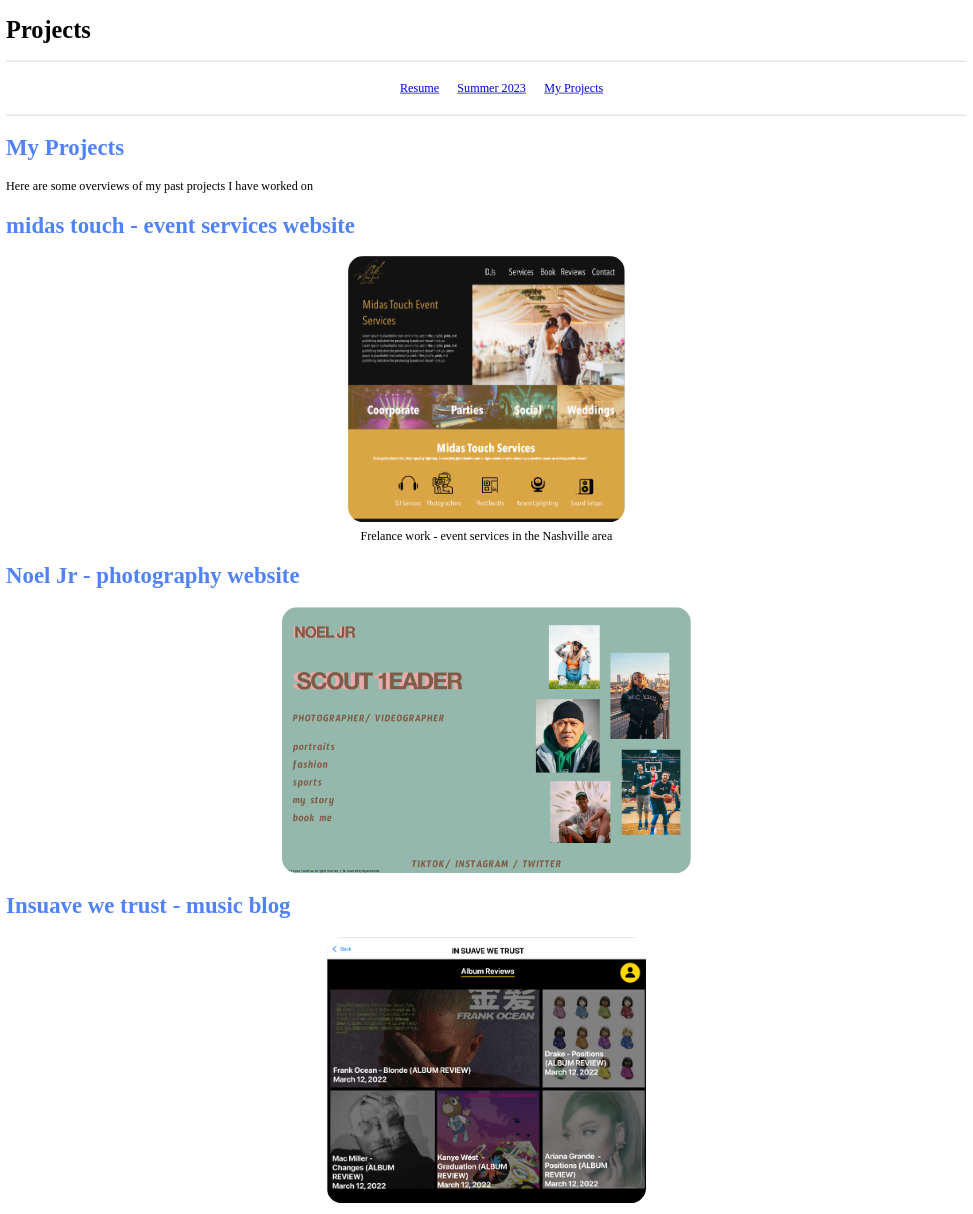
Repository: kayacancode/itm361project1
Page: projects.html
An editor plug-in stored every save of this project. The page is shown before and after the next save, followed by the edit.
The browser window is 1280 px wide. The pictures show the whole page, at 76% of full size.
Some web fonts or font styles are not loaded; a fallback is used.

Above is the page before, as saved 2023-03-04 14:42:09.

### projects.html
<!DOCTYPE html>
<html lang="en">
  <head>
    <meta charset="UTF-8" />
    <meta http-equiv="X-UA-Compatible" content="IE=edge" />
    <meta name="viewport" content="width=device-width, initial-scale=1.0" />
    <title>My Projects</title>
    <link rel="stylesheet" href="css/style.css" />

  </head>
  <header>
    <h1>Projects</h1>

    <nav>
      <ul>
        <li><a href="index.html">Resume</a></li>
        <li><a href="summer2023.html">Summer 2023</a></li>
        <li><a href="projects.html">My Projects</a></li>
      </ul>
    </nav>
  </header>

  <h2>My Projects</h2>
  <p>Here are some overviews of my past projects I have worked on</p>
 <div class="websites">
  <section>
  <h2>midas touch - event services website</h2>
  <figure>
  <img
    src="images/midastouchevent.png"
    alt="event services "

  />
  <figcaption> Frelance work -  event services in the Nashville area</figcaption>

</figure>
</section>
<section>
  <h2>Noel Jr - photography website</h2>
  <img src="images/noeljr.png" alt="photography"  />
  <h2>Insuave we trust - music blog</h2>
  <img src="images/insuave.png" alt="music blog"  />
</section>
</div>
</html>

### css/style.css
@import url("https://fonts.googleapis.com/css2?family=Tilt+Warp&display=swap");
@import url('https://fonts.googleapis.com/css2?family=Tilt+Warp&display=swap');


nav{
    border:1px solid #ccc;
    border-width:1px 0;
    list-style:none;
    margin:0;
    padding:0;
    text-align:center;
}
nav li{
    display:inline;
}
nav a{
    display:inline-block;
    padding:10px;
}

h1,h2,h3,p{
    font-family: "Tilt Warp", cursive;

}
h2{
    font-size: 30px;
    font-family: "Tilt Warp", cursive;
    color:#5082FA;
}

.websites img{
    display: block;
    margin-left: auto;
    margin-right: auto;
    max-width: 50%;
    height: 350px;
    border-radius: 20px;
}

.trips img{
    max-width: 50%;
    height: 350px;
    border-radius: 20px;
    margin-left: auto;
    margin-right: auto;
}

figcaption{
    text-align: center;
    padding-top: 10px;
}

After the next save:
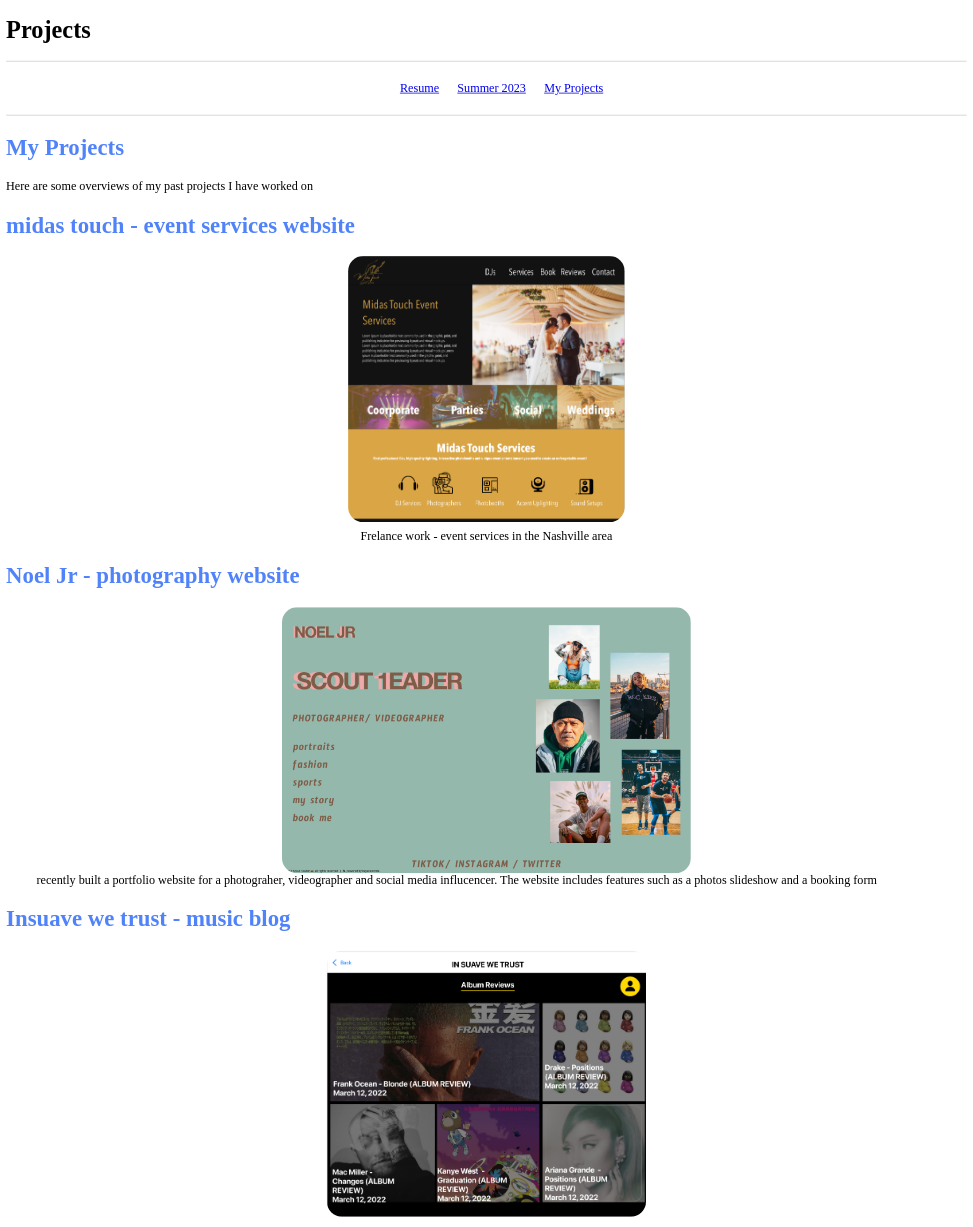
Saved 84 s later.
--- a/projects.html
+++ b/projects.html
@@ -37,7 +37,10 @@
 </section>
 <section>
   <h2>Noel Jr - photography website</h2>
+  <figure>
   <img src="images/noeljr.png" alt="photography"  />
+  <figurecaption>  recently built a portfolio website for a photograher, videographer and social media influcencer. The website includes features such as a photos slideshow and a booking form</figurecaption>
+</figure>
   <h2>Insuave we trust - music blog</h2>
   <img src="images/insuave.png" alt="music blog"  />
 </section>
